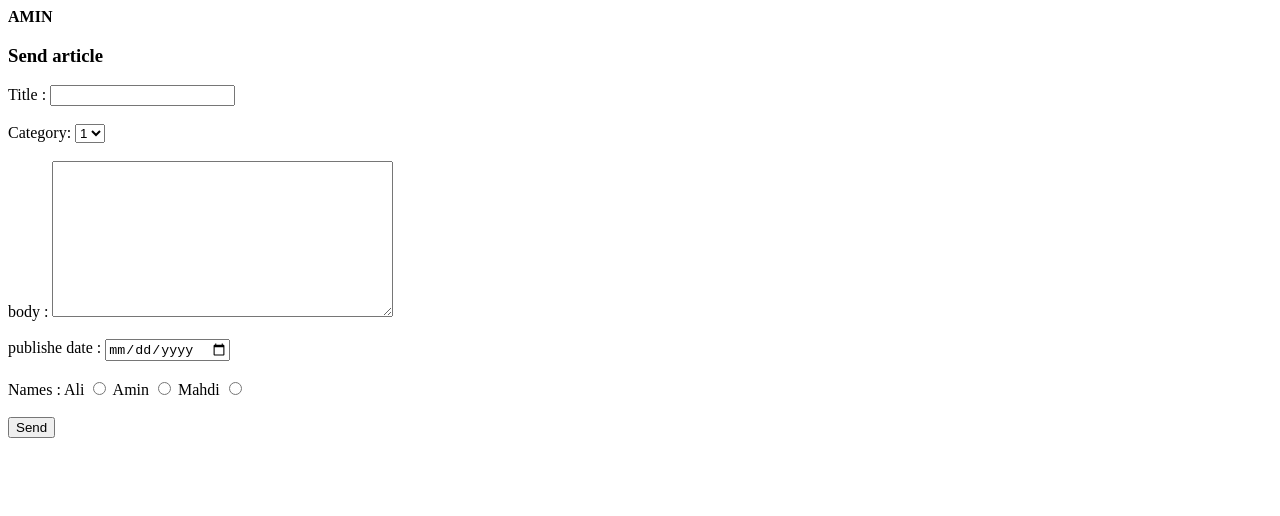
Repository: aminsheikhan/amins-github
Page: index.html
These files come from the project's save history. The page is drawn as it stood at one moment and after a run of saves; the edit follows.
The browser window is 1280 px wide. The pictures show the whole page.

Above is the page before, as saved 2025-12-10 13:30:34.

### index.html
<!DOCTYPE html>
<html>
    <head>
        <title>DK compani</title>

    </head>

    <body>

        <!-- <h1>hello</h1>
        <hr>
        <p>My name <br> is -------> <strong>AMIN</strong> </p>
        <!-- <img src="https://encrypted-tbn0.gstatic.com/images?q=tbn:ANd9GcRoAjtMwTQOLTAKjz2fEtOaZiAGcB5UmJiALA&s" alt="hourseoto">
        <ol>
            <li>Item one</li>
            <li>Item two</li>
            <li>Item tree</li>
        </ol>
        <hr>
        <ul>
            <li>Item 1</li>
            <li>Item 2</li>
            <li>Item 3</li>
        </ul>
        <a href="https://www.dieselkhodro.com/" target="_blank">Go to us Site</a> -->

        <!-- <table>
            <thead>
                <tr>
                    <th>head 1</th>
                    <th>head 2</th>
                    <th>head 3</th>
                </tr>
            </thead>

            <tbody>

                <tr>
                    <td>data 1</td>
                    <td>data 2</td>
                    <td> </td>
                </tr>

            </tbody>
        </table> -->

        <!-- <h2>Roocket Video</h2>
        <p>Lorem ipsum dolor sit amet consectetur, adipisicing elit. Sapiente dolores temporibus numquam rem voluptatem ipsum molestias id quasi nulla eius tempora deleniti maiores ratione et recusandae laboriosam rerum, sint officia.</p>
        <video controls width="720" height="350" poster="https://www.dieselkhodro.com/static/main_images/logo-blue.png">
            <source src="./vidio/141_python-141.mp4">
            Your Browser does not support
        </video>

        <hr>

        <h2>Roocket audio </h2>
        <p>Lorem ipsum dolor, sit amet consectetur adipisicing elit. Explicabo commodi dicta unde eum rerum esse beatae sequi saepe animi, sed voluptatum? Eos doloribus dolorum qui excepturi placeat quia est quae.</p>
        <audio controls>
            <source src="./vidio/Bogzar Ey Ashena - Ejraye Goruhi.mp3">

        </audio> -->

        <h3>Send article </h3>
        <form action="#">
            <label>Title :</label>
            <input type="" name="title">
            <br><br>

            <label>Category:</label>
            <select name="category">
                <option value="1">1</option>
                <option value="2">2</option>
                <option value="3">3</option>
            </select>
            <br><br>

            <label>body :</label>
            <textarea name="body" cols="40" rows="10"></textarea>
            <br><br>

            <label> publishe date :</label>
            <input type="date" name="publishe_at">
            <br><br>

            <label>Names : </label>

            <label>Ali</label>
            <input type="radio" name="Sender">

            <label>Amin</label>
            <input type="radio" name="Sender">

            <label>Mahdi</label>
            <input type="radio" name="Sender">
            <br><br>

            <button type="submit">Send</button>

            <label for=""></label>


        </form>




    </body>





</html>

After the next 5 saves:
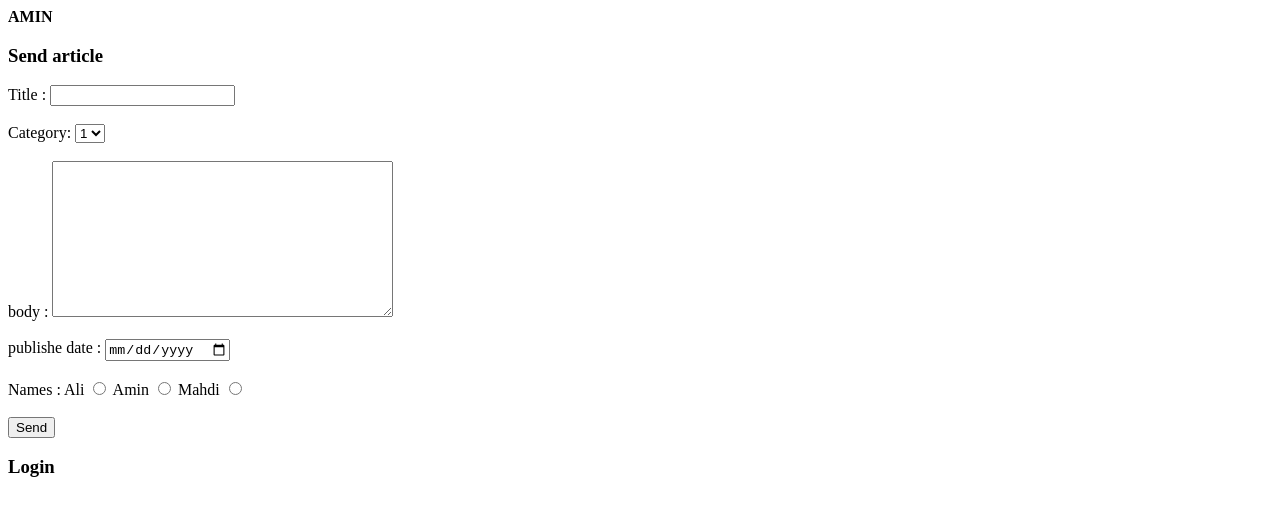
The 5 saves are shown as one change because they came seconds apart.
The last was saved 23 s later.
--- a/index.html
+++ b/index.html
@@ -101,7 +101,7 @@
 
         </form>
 
-
+        <h3>Login </h3>
 
 
     </body>
